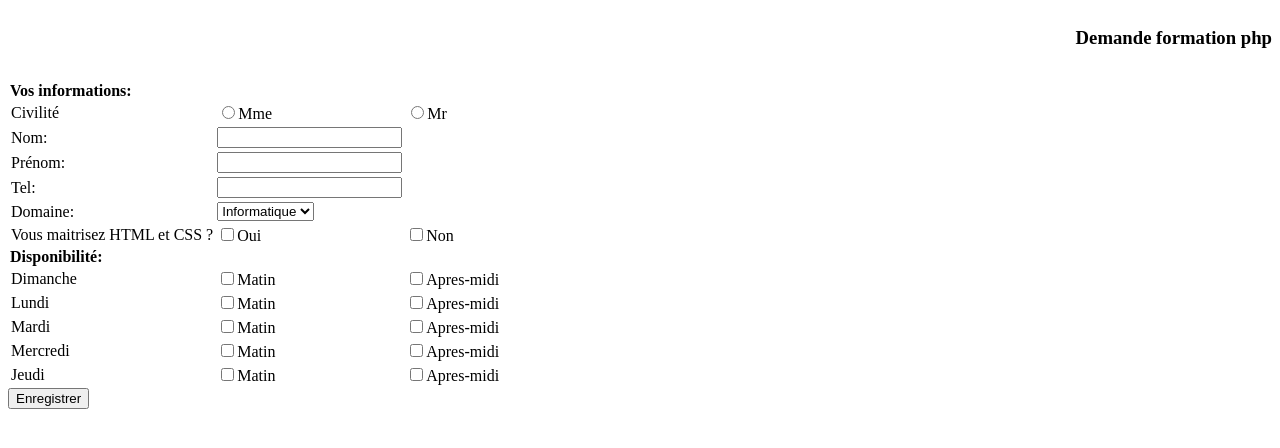
Repository: imouahrani/Gestion-des-stagiaires_JAVAEE
Page: http://localhost/LoginProjet/FormulaireInscription.jsp
An editor plug-in stored every save of this project. The page is shown before and after the next save, followed by the edit.
The browser window is 1280 px wide. The pictures show the whole page.
The page is served by Tomcat 9. The template is opened directly, without the code that normally fills it, so the values that code supplies are empty.

Above is the page before, as saved 2018-08-02 10:40:47.

After the next save:
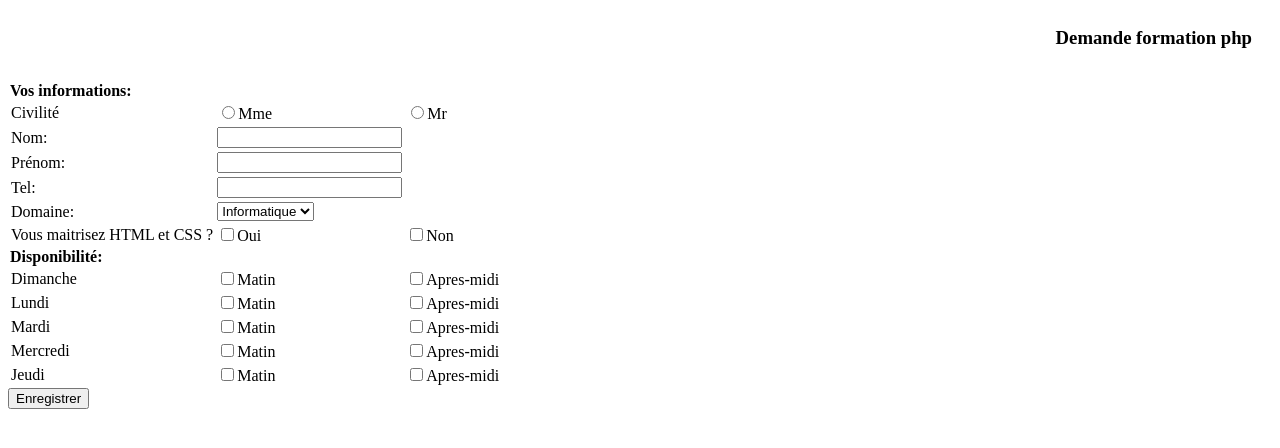
Saved 17 s later.
--- a/Formation Java Entreprise Edition/LoginProjet/WebContent/FormulaireInscription.jsp
+++ b/Formation Java Entreprise Edition/LoginProjet/WebContent/FormulaireInscription.jsp
@@ -18,11 +18,11 @@
 	</b>
 
 	<form action="TraiteInscription" method="post">
-		<h3 style="float: right;">Demande formation php</h3>
+		<h3 style="float: right;padding-right: 20px;">Demande formation php</h3>
 		<br> <br>
 
 		<table>
-			<caption style="float: left; font-weight: bold;padding-right: 20px;">Vos
+			<caption style="float: left; font-weight: bold;">Vos
 				informations:</caption>
 
 			<%="<br>"%>
